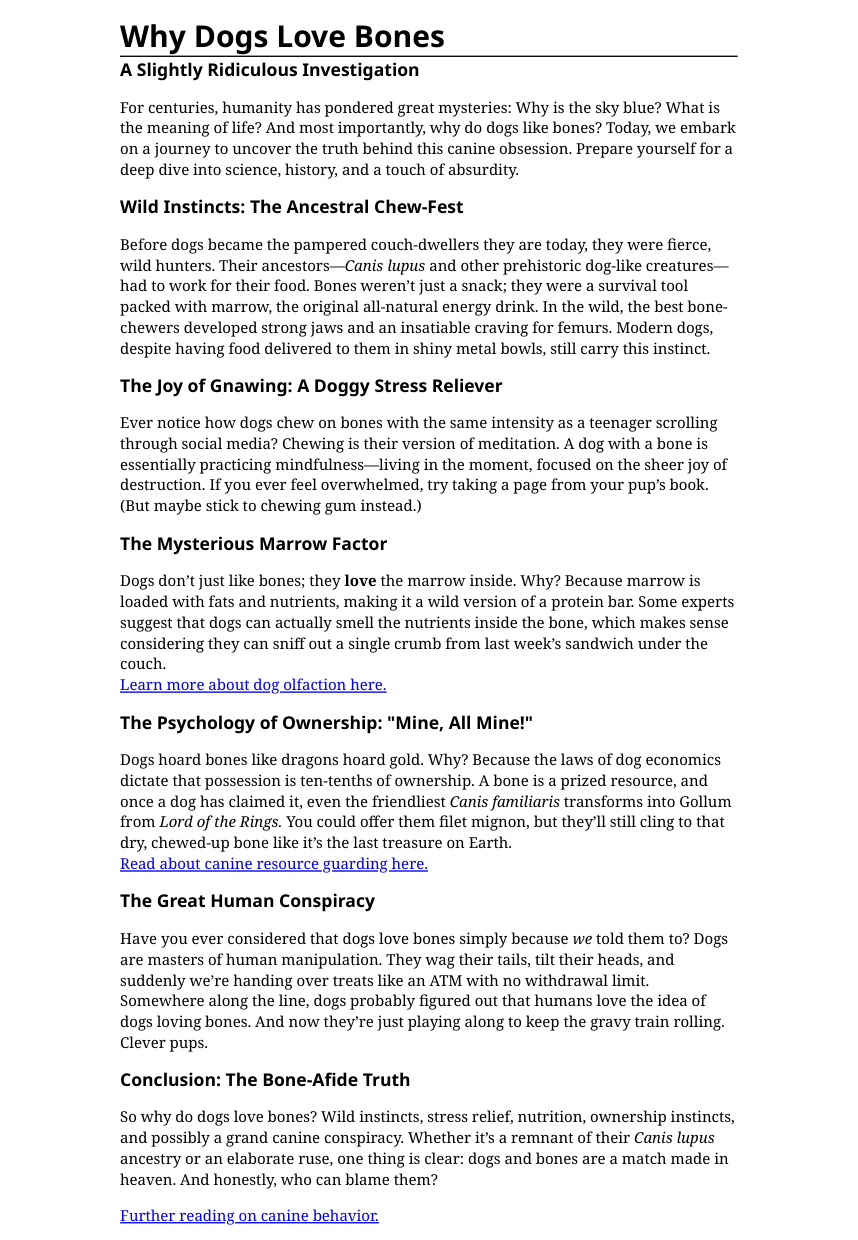
Repository: Leith-vdl/apprentice-challenge-1
Page: index.html
These files come from the project's save history. The page is drawn as it stood at one moment and after the next save; the edit follows.
The browser window is 1280 px wide. The pictures show the whole page, at 67% of full size.

Above is the page before, as saved 2025-01-31 15:24:53.

### index.html
<!DOCTYPE html>
<html lang="en">
<head>
    <meta charset="UTF-8">
    <meta name="viewport" content="width=device-width, initial-scale=1.0">
    <title>Why Dogs Love Bones</title>
    <link rel="stylesheet" href="styles/styles.css">
</head>
<body>
    <header class="page-header">
        <h1 class="page-header-title">
            Why Dogs Love Bones
        </h1>
    </header>
    <main>
        <section>
            <h3 class="section-title">A Slightly Ridiculous Investigation</h3>
            <p>
                For centuries, humanity has pondered great mysteries: Why is the sky blue? What is the
                meaning of life? And most importantly, why do dogs like bones? Today, we embark on a
                journey to uncover the truth behind this canine obsession. Prepare yourself for a deep dive into
                science, history, and a touch of absurdity.
            </p>
        </section>
        <section>
            <h3 class="section-title">Wild Instincts: The Ancestral Chew-Fest</h3>
            <p>
                Before dogs became the pampered couch-dwellers they are today, they were fierce, wild
                hunters. Their ancestors—<i>Canis lupus</i> and other prehistoric dog-like creatures—had to work for
                their food. Bones weren’t just a snack; they were a survival tool packed with marrow, the
                original all-natural energy drink. In the wild, the best bone-chewers developed strong jaws
                and an insatiable craving for femurs. Modern dogs, despite having food delivered to them in
                shiny metal bowls, still carry this instinct.
            </p>
        </section>
        <section>
            <h3 class="section-title">The Joy of Gnawing: A Doggy Stress Reliever</h3>
            <p>
                Ever notice how dogs chew on bones with the same intensity as a teenager scrolling through
                social media? Chewing is their version of meditation. A dog with a bone is essentially practicing
                mindfulness—living in the moment, focused on the sheer joy of destruction. If you ever feel
                overwhelmed, try taking a page from your pup’s book. (But maybe stick to chewing gum
                instead.)
            </p>
        </section>
        <section>
            <h3 class="section-title">The Mysterious Marrow Factor</h3>
            <p>
                Dogs don’t just like bones; they <b>love</b> the marrow inside. Why? Because marrow is loaded with
                fats and nutrients, making it a wild version of a protein bar. Some experts suggest that dogs
                can actually smell the nutrients inside the bone, which makes sense considering they can sniff
                out a single crumb from last week’s sandwich under the couch.<br>
                <a href="https://vcahospitals.com/know-your-pet/how-dogs-use-smell-to-perceive-the-world" target="_blank">Learn more about dog olfaction here.</a>
            </p>
        </section>
        <section>
            <h3 class="section-title">The Psychology of Ownership: "Mine, All Mine!"</h3>
            <p>
                Dogs hoard bones like dragons hoard gold. Why? Because the laws of dog economics dictate
                that possession is ten-tenths of ownership. A bone is a prized resource, and once a dog has
                claimed it, even the friendliest <i>Canis familiaris</i> transforms into Gollum from <i>Lord of the Rings.</i>
                You could offer them filet mignon, but they’ll still cling to that dry, chewed-up bone like it’s the
                last treasure on Earth.<br>
                <a href="https://www.battersea.org.uk/pet-advice/dog-advice/dealing-resource-guarding?gad_source=1&gclid=Cj0KCQiAhvK8BhDfARIsABsPy4h3CRlVVPVANZfAc-HngzDTwKg5KUgeNuAmZD8EIJDuwS7ktlBpRYQaAjNyEALw_wcB" target="_blank">Read about canine resource guarding here.</a>
            </p>
        </section>
        <section>
            <h3 class="section-title">The Great Human Conspiracy</h3>
            <p>
                Have you ever considered that dogs love bones simply because <i>we</i> told them to? Dogs are
                masters of human manipulation. They wag their tails, tilt their heads, and suddenly we’re
                handing over treats like an ATM with no withdrawal limit. Somewhere along the line, dogs
                probably figured out that humans love the idea of dogs loving bones. And now they’re just
                playing along to keep the gravy train rolling. Clever pups.
            </p>
        </section>
        <section>
            <h3 class="section-title">Conclusion: The Bone-Afide Truth</h3>
            <p>
                So why do dogs love bones? Wild instincts, stress relief, nutrition, ownership instincts, and
                possibly a grand canine conspiracy. Whether it’s a remnant of their <i>Canis lupus</i> ancestry or an
                elaborate ruse, one thing is clear: dogs and bones are a match made in heaven. And honestly,
                who can blame them?
            </p>
        </section>
    </main>
    <footer>
        <p>
            <a href="https://en.wikipedia.org/wiki/Dog_behavior" target="_blank">Further reading on canine behavior.</a>
        </p>
    </footer>
</body>
</html>

### styles/styles.css
body {
    margin: 1em 8em;
    font-size: 1.4em;
    font-family: Georgia, 'Times New Roman', Times, serif
}

.page-header {
    border-bottom: 2px solid black;
}

h1.page-header-title {
    margin: 5px;
}

h1.page-header-title, h3.section-title {
    font-family: 'Segoe UI', Tahoma, Geneva, Verdana, sans-serif;
    margin: 0;
    padding: 0;
}

After the next save:
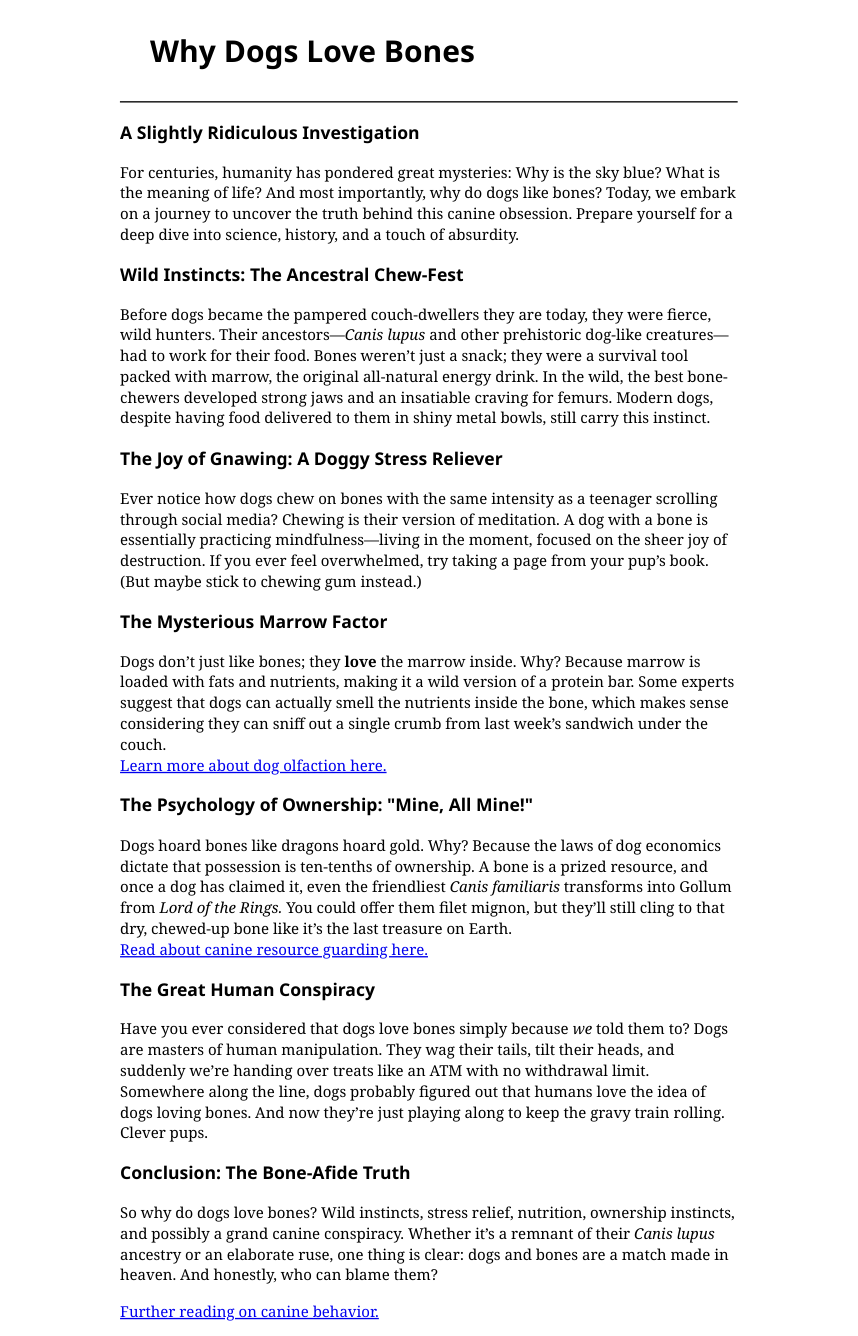
Saved 12 s later.
--- a/styles/styles.css
+++ b/styles/styles.css
@@ -9,11 +9,9 @@ body {
 }
 
 h1.page-header-title {
-    margin: 5px;
+    margin: 1em;
 }
 
 h1.page-header-title, h3.section-title {
     font-family: 'Segoe UI', Tahoma, Geneva, Verdana, sans-serif;
-    margin: 0;
-    padding: 0;
 }
